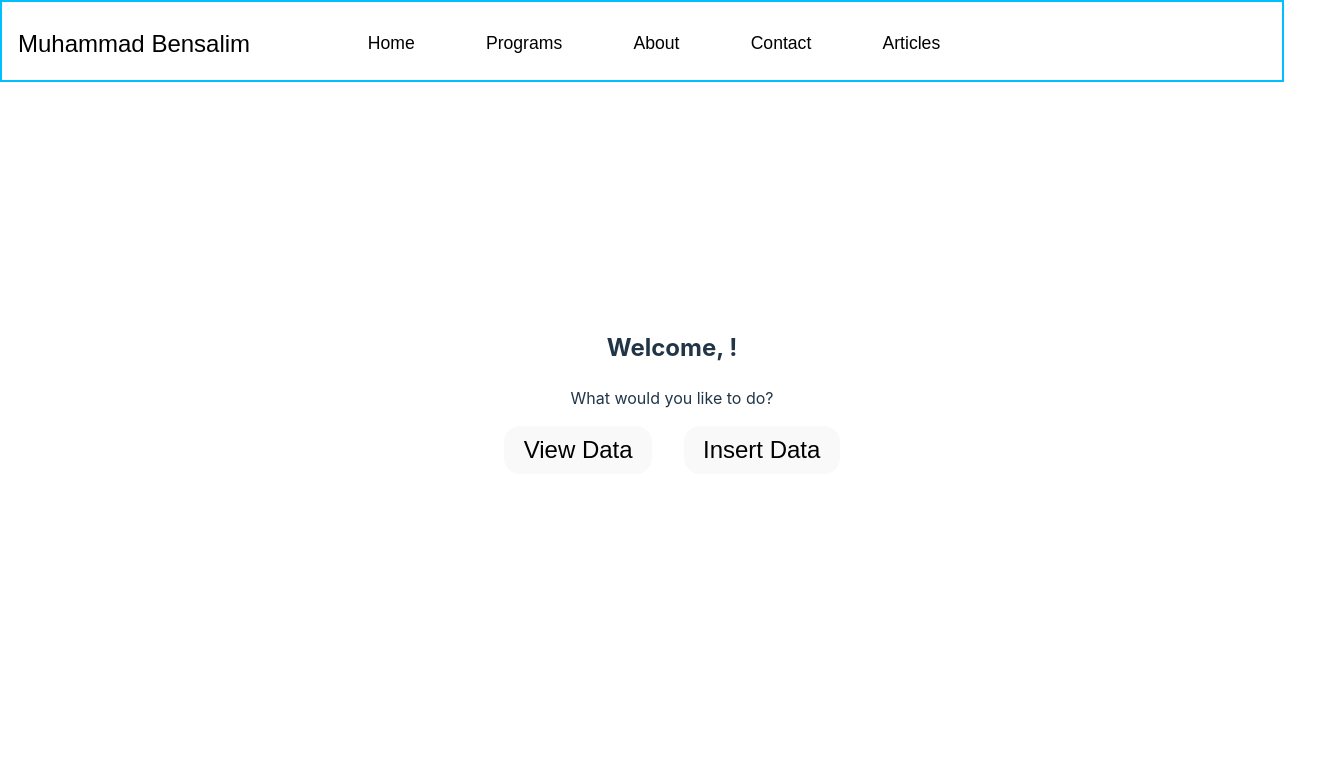
Repository: TMuse333/fitness_templates
Page: /progress
These files come from the project's save history. The page is drawn as it stood at one moment and after a run of saves; the edit follows.
The browser window is 1280 px wide. The page is 1344 px wide, so the pictures cover 1344 px, including what lies to the right of the window. The pictures show the whole page.
The project was rebuilt for these pictures with package versions that can differ from the ones it lists, and the page was loaded fresh each time. Also part of the build but not shown: vite.config.js, src/components/herobanner/herobanner.css, src/components/herobanner/herobanner.jsx, src/components/about/about.css, src/components/about/about.jsx, src/components/serviceOffering/serviceOffering.css, src/components/serviceOffering/serviceOffering.jsx, src/components/content/content.css and 38 more. Imported but missing from the stored project, and not drawn on this page: src/media/best_dunk.mp4.

Above is the page before, as saved 2024-03-14 18:35:54.

After the next 2 saves:
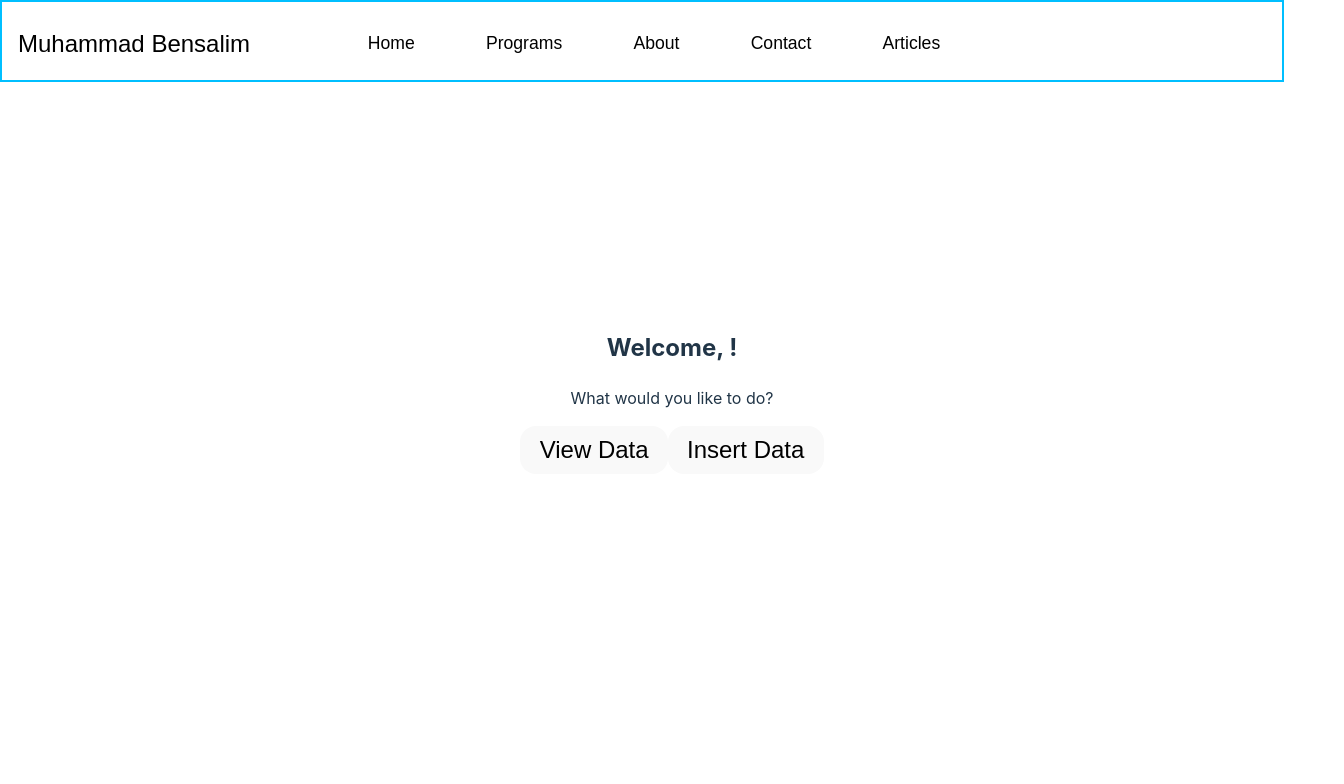
The 2 saves are shown as one change because they came seconds apart.
The last was saved 30 s later.
--- a/src/components/login/Login.jsx
+++ b/src/components/login/Login.jsx
@@ -101,11 +101,11 @@ setViewData, setInsertData } = useWorkout();
       <p>What would you like to do?</p>
 
       <button style={{
-        marginRight:'1rem'
+        // marginRight:'1rem'
       }}
       onClick={handleViewData}>View Data</button>
       <button style={{
-        marginLeft:'1rem'
+        // marginLeft:'1rem'
       }}
        onClick={handleInsertData}>Insert Data</button>
     </div>
